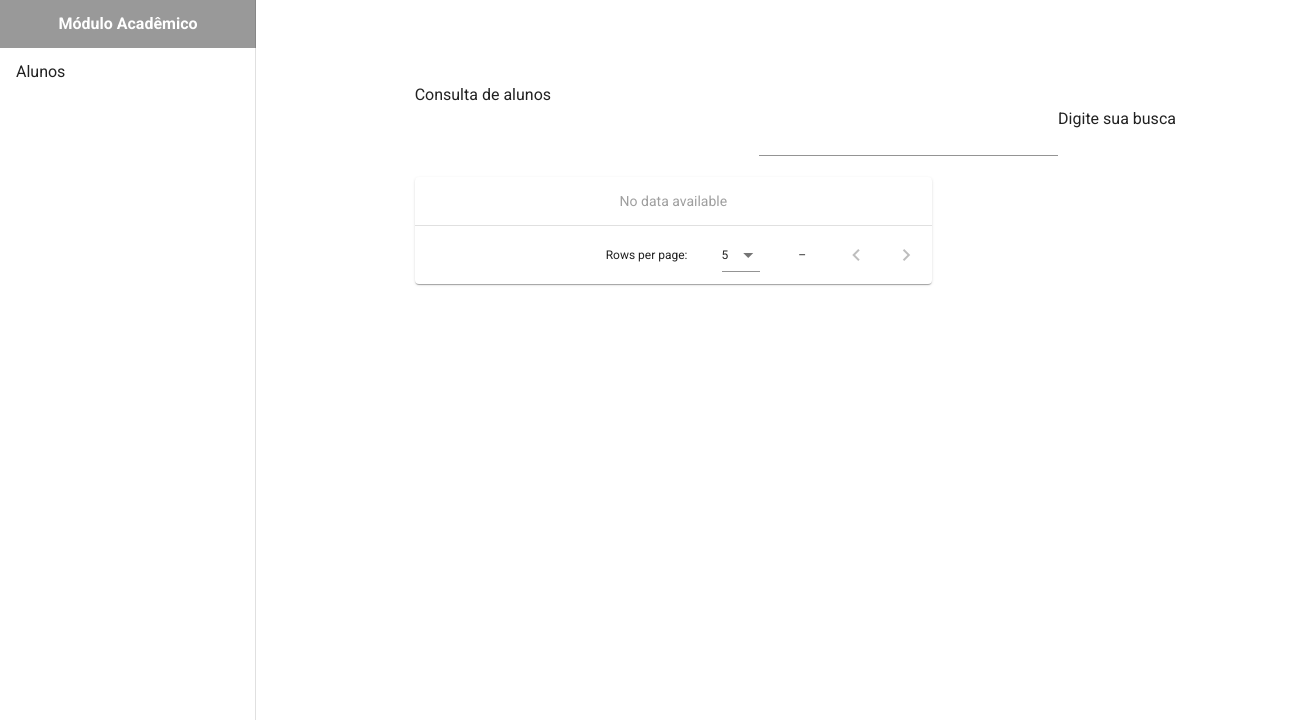
Repository: sergiohidekiono/vue-student
Page: /
These files come from the project's save history. The page is drawn as it stood at one moment and after the next save; the edit follows.
The browser window is 1280 px wide. The page is 1292 px wide, so the pictures cover 1292 px, including what lies to the right of the window. The pictures show the whole page.
The project was rebuilt for these pictures with package versions that can differ from the ones it lists, and the page was loaded fresh each time. Also part of the build but not shown: vue.config.js.

Above is the page before, as saved 2024-08-07 09:59:23.

After the next save:
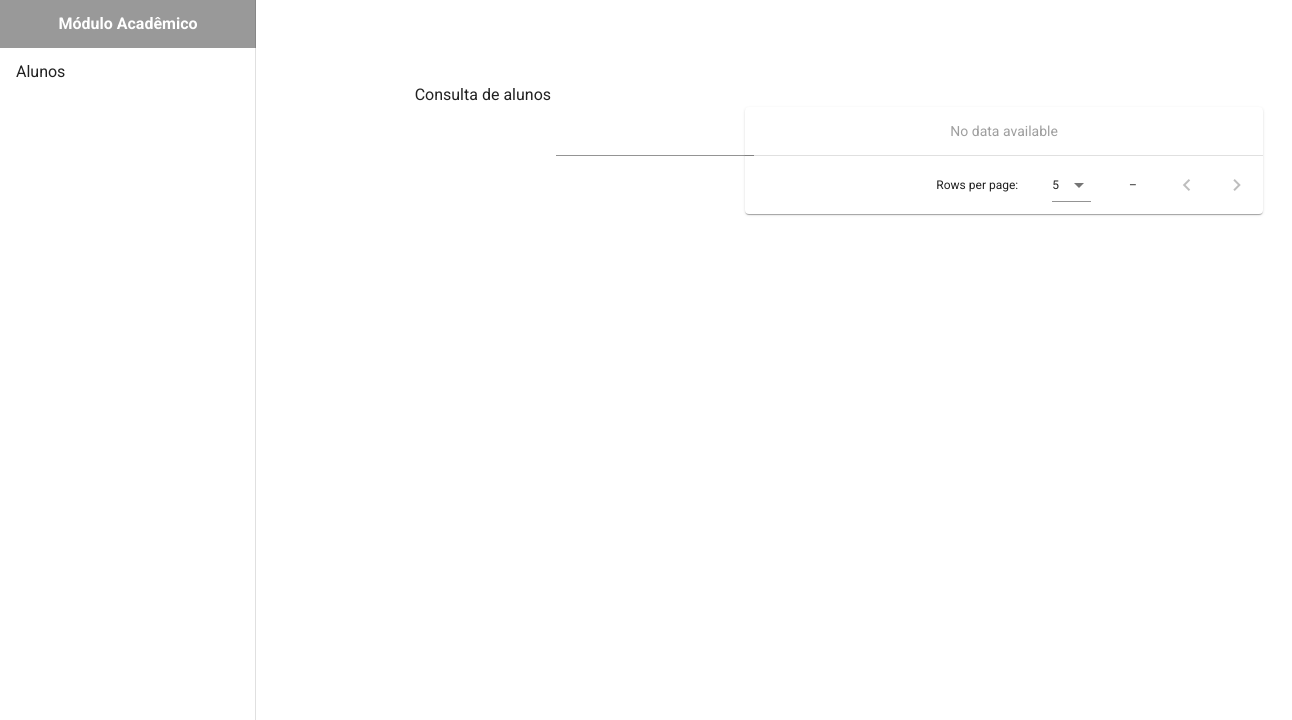
Saved 14 s later.
--- a/src/components/student-list.vue
+++ b/src/components/student-list.vue
@@ -30,9 +30,9 @@
                         <span>Consulta de alunos</span>
                     </v-row>
                     <v-row>
-                        <v-text-field :rules="rules"></v-text-field>
+                        <v-text-field :rules="rules">Digite sua busca</v-text-field>
 
-                        <v-input>Digite sua busca</v-input>
+                        <v-input></v-input>
                     </v-row>
                     <v-row>
                         <template>
